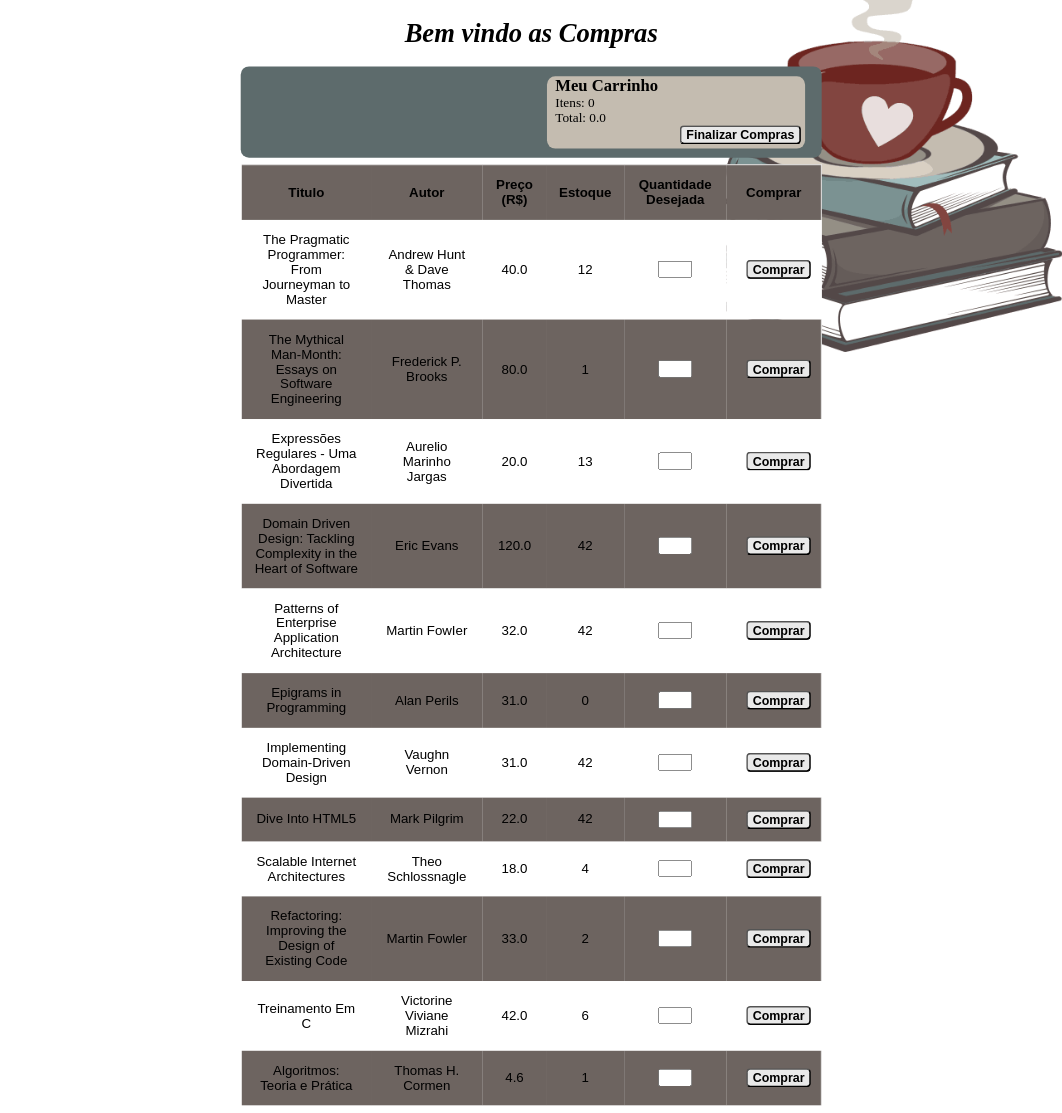
Repository: gabriellacrystina/ProjetoTegra
Page: http://localhost/book-store/Produtos
These files come from the project's save history. The page is drawn as it stood at one moment and after the next save; the edit follows.
The browser window is 1280 px wide. The pictures show the whole page, at 83% of full size.
Backgrounds fixed to the window are drawn as part of the page. The page is served by Tomcat 9.

Above is the page before, as saved 2016-07-06 20:55:17.

After the next save:
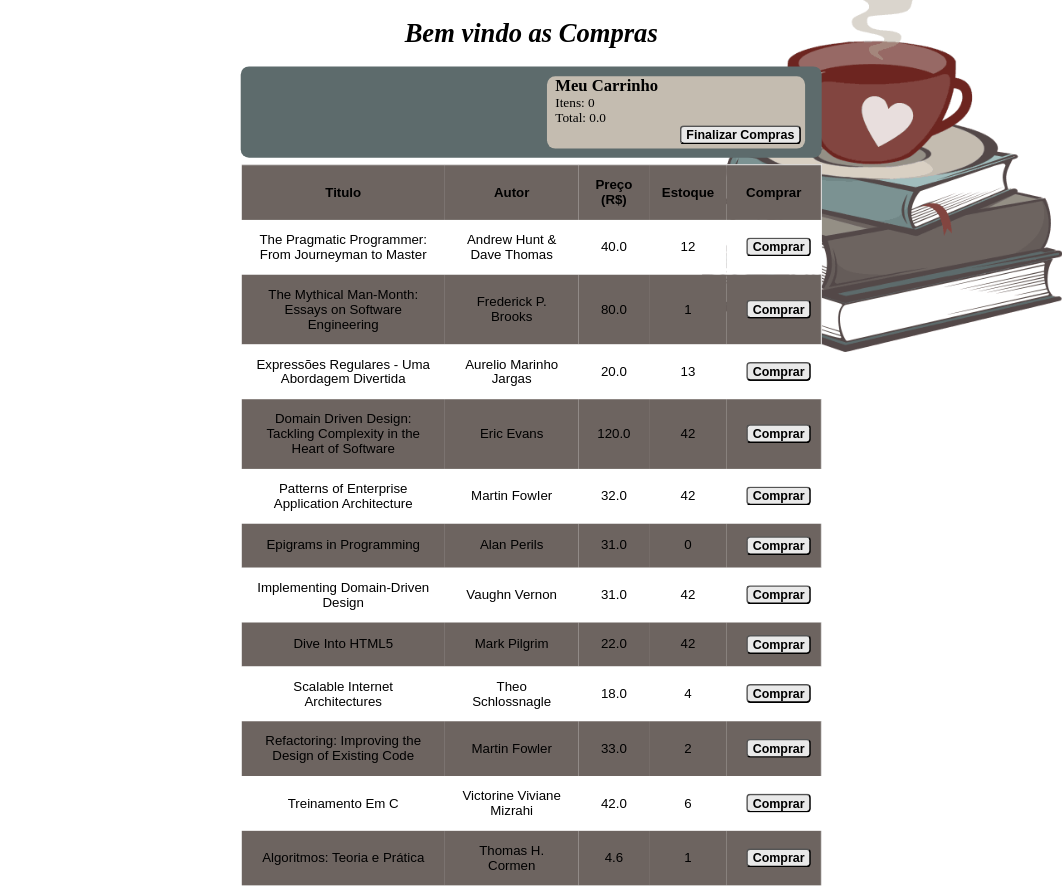
Saved 22 min 25 s later.
--- a/book-store/WebContent/index.jsp
+++ b/book-store/WebContent/index.jsp
@@ -44,7 +44,6 @@
 			    <th>Autor</th>
 			    <th>Preço (R$)</th>
 			    <th>Estoque</th>
-			    <th>Quantidade Desejada</th>
 			    <th>Comprar</th>
 			  </tr>
 			  <%
@@ -56,7 +55,6 @@
 						<td class="nome-autor"><%= p.getAutor() %></td>
 						<td class="preco"><%= p.getPreco() %></td>
 						<td class="estoque"><%= p.getEstoque() %></td>
-						<td><input type="text" name="qtde-desejada" maxlength="2" size="2"></input></td>
 						<td>
 							<form action="Produtos" method="post" name="produtos" >
 								<input type="hidden" name="id-livro" value="<%=p.getId()%>">
